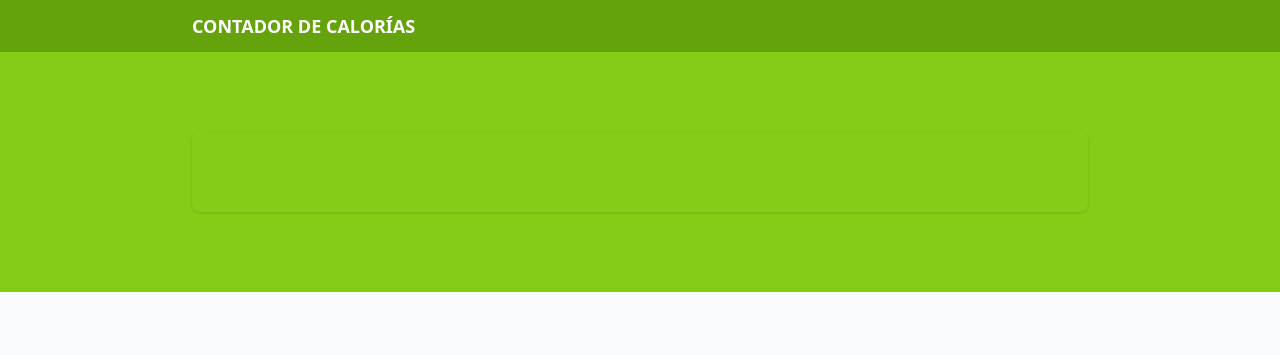
Repository: Samuel-Leal96/contador-calorias-react
Page: /
These files come from the project's save history. The page is drawn as it stood at one moment and after the next save; the edit follows.
The browser window is 1280 px wide. The pictures show the whole page.
The project was rebuilt for these pictures with package versions that can differ from the ones it lists, and the page was loaded fresh each time. Also part of the build but not shown: vite.config.ts.

Above is the page before, as saved 2025-10-25 15:42:56.

After the next save:
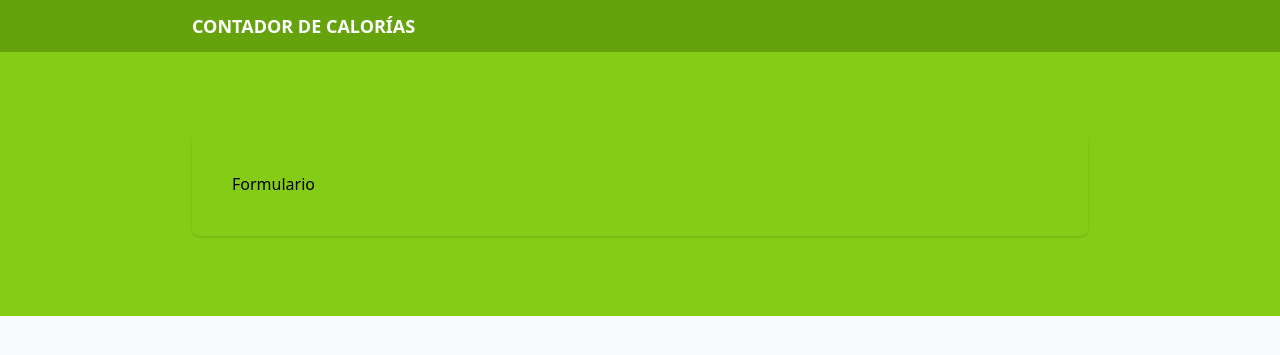
Saved 48 s later.
--- a/src/components/Form.tsx
+++ b/src/components/Form.tsx
@@ -6,7 +6,7 @@ export default function
         <form
           className="space-y-5 shadow p-10 rounded-lg"
         >
-
+          <p>Formulario</p>
 
 
         </form>
